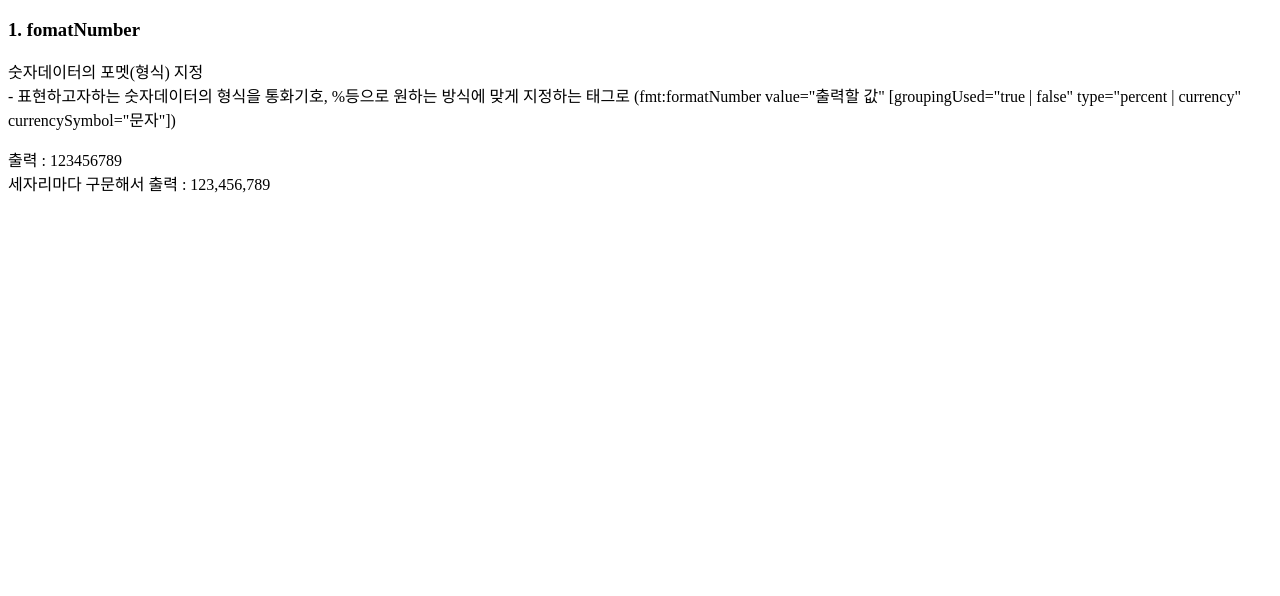
Repository: HwangInTae82/JSPProject
Page: http://localhost/elAction/views/3_custom-action-tag/02_fmt.jsp
These files come from the project's save history. The page is drawn as it stood at one moment and after the next save; the edit follows.
The browser window is 1280 px wide. The pictures show the whole page.
The page is served by Tomcat 10.

Above is the page before, as saved 2025-02-25 00:22:47.

After the next save:
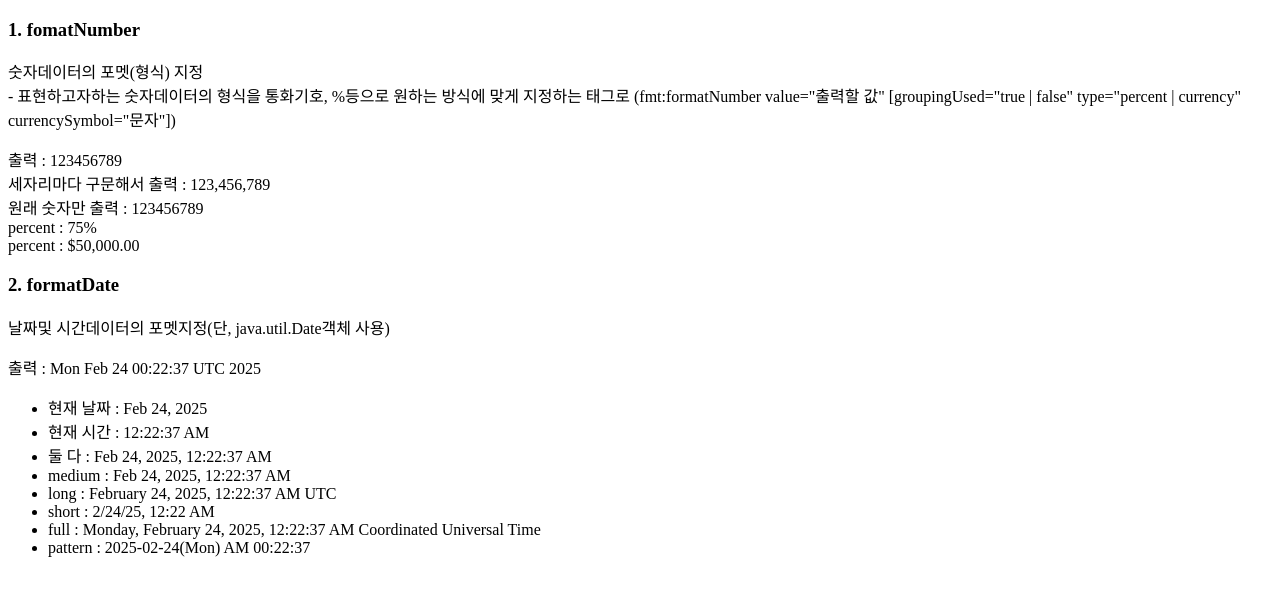
Saved 9 s later.
--- a/elAction/src/main/webapp/views/3_custom-action-tag/02_fmt.jsp
+++ b/elAction/src/main/webapp/views/3_custom-action-tag/02_fmt.jsp
@@ -22,6 +22,27 @@
     <c:set var="num3" value="50000" />
 
     출력 : ${num1} <br>
-    세자리마다 구문해서 출력 : <fmt:formatNumber value="${num1}" />
+    세자리마다 구문해서 출력 : <fmt:formatNumber value="${num1}" /> <br>
+    원래 숫자만 출력 : <fmt:formatNumber value="${num1}" groupingUsed="false"/> <br>
+
+    percent : <fmt:formatNumber value="${num2}" type="percent"/> <br>
+    percent : <fmt:formatNumber value="${num3}" type="currency" currencySymbol="$"/> <br>
+
+    <h3>2. formatDate</h3>
+    <p>날짜및 시간데이터의 포멧지정(단, java.util.Date객체 사용)</p>
+
+    <c:set var="current" value="<%= new java.util.Date() %>" />
+    출력 : ${current}
+
+    <ul>
+        <li>현재 날짜 : <fmt:formatDate value="${current}" type="date"/></li>
+        <li>현재 시간 : <fmt:formatDate value="${current}" type="time"/></li>
+        <li>둘 다 : <fmt:formatDate value="${current}" type="both"/></li>
+        <li>medium : <fmt:formatDate value="${current}" type="both" dateStyle="medium" timeStyle="medium"/></li>
+        <li>long : <fmt:formatDate value="${current}" type="both" dateStyle="long" timeStyle="long"/></li>
+        <li>short : <fmt:formatDate value="${current}" type="both" dateStyle="short" timeStyle="short"/></li>
+        <li>full : <fmt:formatDate value="${current}" type="both" dateStyle="full" timeStyle="full"/></li>
+        <li>pattern : <fmt:formatDate value="${current}" type="both" pattern="yyyy-MM-dd(E) a HH:mm:ss "/></li>
+    </ul>
 </body>
 </html>
